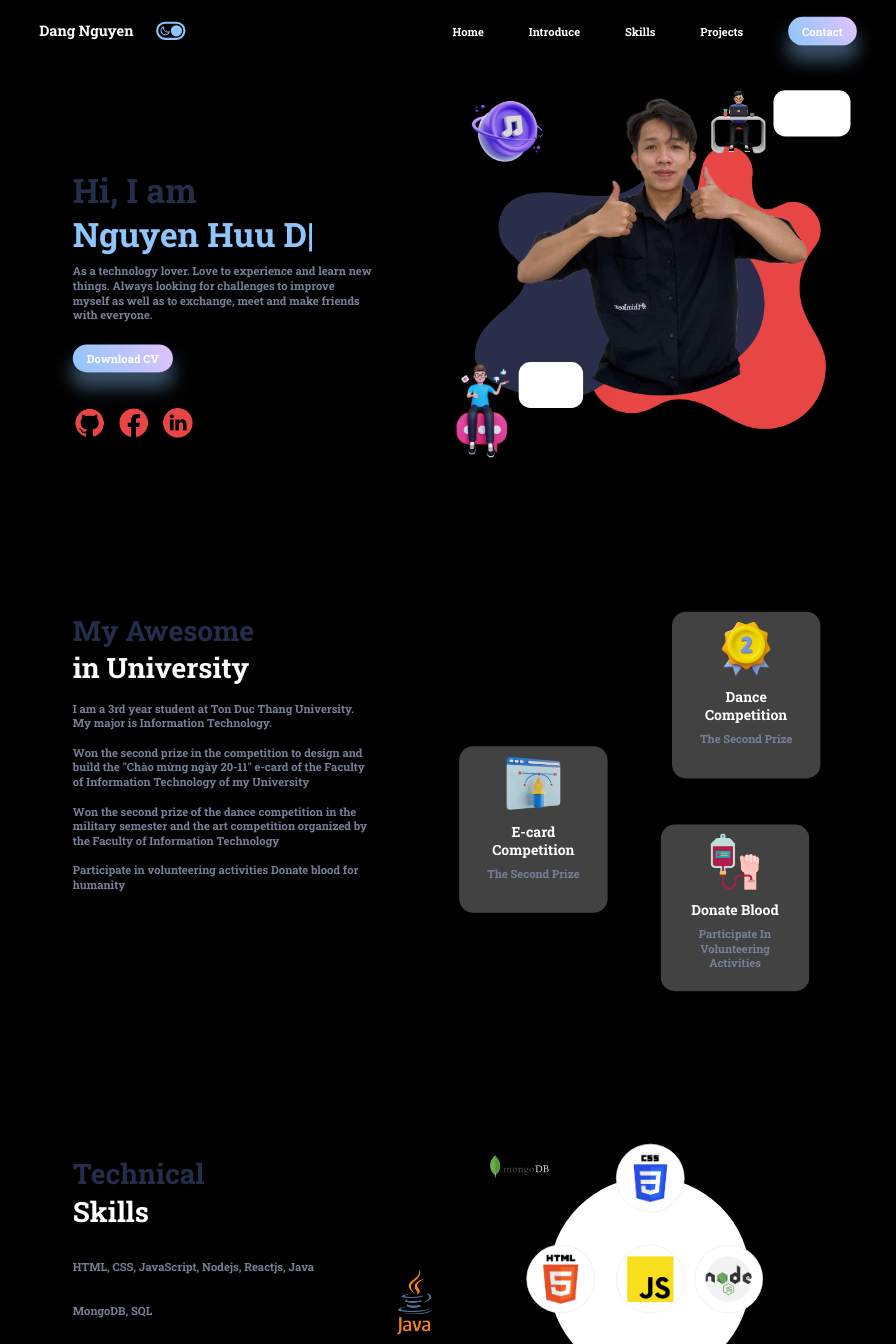
Repository: huudang2840/my_portfolio
Page: /
The author's editor kept a copy of each file at every save. The page is drawn from the files as they stood at one save, then again after the next save.
The browser window is 1280 px wide. The pictures show the part of the page from y = 0 to 1920 px (the page is 4778 px tall), at 70% of full size.
The project was rebuilt for these pictures with package versions that can differ from the ones it lists, and the page was loaded fresh each time.

Above is the page before, as saved 2022-06-12 00:11:46.

### public/index.html
<!DOCTYPE html>
<html lang="en">
  <head>
    <meta charset="utf-8" />
    <meta name="viewport" content="width=device-width, initial-scale=1" />
    <meta name="theme-color" content="#000000" />
    <meta name="description" content="Web site created using create-react-app" />
    <link rel="preconnect" href="https://fonts.googleapis.com" />
    <link rel="preconnect" href="https://fonts.gstatic.com" crossorigin />
    <link
      href="https://fonts.googleapis.com/css2?family=Roboto+Slab:wght@700&display=swap"
      rel="stylesheet"
    />
    <style>
      * {
        font-family: "Roboto Slab", serif;
        font-weight: normal;
        font-style: 20px;
      }
      body {
        margin: 0;
      }
    </style>
    <!--
      manifest.json provides metadata used when your web app is installed on a
      user's mobile device or desktop. See https://developers.google.com/web/fundamentals/web-app-manifest/
    -->
    <!--
      Notice the use of %PUBLIC_URL% in the tags above.
      It will be replaced with the URL of the `public` folder during the build.
      Only files inside the `public` folder can be referenced from the HTML.

      Unlike "/favicon.ico" or "favicon.ico", "%PUBLIC_URL%/favicon.ico" will
      work correctly both with client-side routing and a non-root public URL.
      Learn how to configure a non-root public URL by running `npm run build`.
    -->
    <title>React App</title>
  </head>
  <body>
    <noscript>You need to enable JavaScript to run this app.</noscript>
    <div id="root"></div>
    <!--
      This HTML file is a template.
      If you open it directly in the browser, you will see an empty page.

      You can add webfonts, meta tags, or analytics to this file.
      The build step will place the bundled scripts into the <body> tag.

      To begin the development, run `npm start` or `yarn start`.
      To create a production bundle, use `npm run build` or `yarn build`.
    -->
  </body>
</html>

### src/App.js
import Navbar from "./Components/Navbar/Navbar";
import "./App.css";
import Intro from "./Components/Intro/Intro";
import Introduce from "./Components/Introduce/Introduce";
import Skill from "./Components/Skills/Skill";
import Project from "./Components/Project/Project";
import Comment from "./Components/Comment/Comment";
import Contact from "./Components/Contact/Contact";
import Footer from "./Components/Footer/Footer";
import { themeContext } from "./Context";
import { useContext } from "react";

function App() {
  const theme = useContext(themeContext);
  const darkMode = theme.state.darkMode;
  console.log(darkMode);
  return (
    <div
      className="App"
      style={{ background: "black", color: "white" }}

      // style={{ background: darkMode ? "black" : "", color: darkMode ? "white" : "" }}
    >
      <Navbar />
      <Intro />
      <Introduce />
      <Skill />
      <Project />
      <Comment />
      <Contact />
      <Footer />
    </div>
  );
}

export default App;

### src/Components/Navbar/Navbar.jsx
import React from "react";
import "./Navbar.css";
import Toggle from "../Toggle/Toggle";
import { Link } from "react-scroll";

const Navbar = () => {
  return (
    <div className="n-wrapper">
      <div className="n-left">
        <div className="n-name">Dang Nguyen</div>
        <Toggle />
      </div>
      <div className="n-right">
        <div className="n-list">
          <ul style={{ listStyle: "none" }}>
            <Link spy={true} to="Navbar" smooth={true} activeClass="activeClass">
              <li className="n-item">Home</li>
            </Link>
            <Link spy={true} to="Introduce" smooth={true}>
              <li className="n-item">Introduce</li>
            </Link>
            <Link spy={true} to="Skills" smooth={true}>
              <li className="n-item">Skills</li>
            </Link>
            <Link spy={true} to="Project" smooth={true}>
              <li className="n-item">Projects</li>
            </Link>
          </ul>
        </div>
        <Link spy={true} to="Contact" smooth={true}>
          <button className="button n-button">Contact</button>
        </Link>
      </div>
    </div>
  );
};

export default Navbar;

### src/App.css
:root {
  --yellow: #f5c32c;
  --orange: #fca61f;
  --black: #242d49;
  --gray: #788097;
  --blue: #8ec5fc;
  --blueCard2: #6eb2f7;
  --blueCard: #ddf8fe;
  --purple: rgb(238 210 255);
  --boxShadow: 0px 19px 60px rgb(0 0 0 / 8%);
  --orangeCard: rgba(252, 166, 31, 0.45);
  --smboxShadow: -79px 51px 60px rgba(0, 0, 0, 0.08);
}

.App {
  padding: 0.5rem 3.5rem;
  overflow: hidden;
  color: var(--black);
}

.button {
  border-radius: 34px;
  border: none;
  color: white;
  font-size: 16px;
  padding: 10px 20px;
  background: linear-gradient(62deg, #8ec5fc 0%, #e0c3fc 100%);
  box-shadow: 0px 20px 24px 3px #8ec5fc65;
}

.button:hover {
  background: white;
  cursor: pointer;
  color: var(--blue);
  border: 1px solid var(--blue);
}

### src/Components/Contact/Contact.jsx
import React, { useRef, useState } from "react";
import "./Contact.css";
import "../Introduce/Introduce";
import emailjs from "@emailjs/browser";
import { themeContext } from "../../Context";
import { useContext } from "react";

const Contact = () => {
  const form = useRef();
  const [done, setDone] = useState(false);

  const theme = useContext(themeContext);
  const darkMode = theme.state.darkMode;

  const sendEmail = (e) => {
    e.preventDefault();

    emailjs.sendForm("service_mpucvz5", "template_bf8vzpv", form.current, "5KF476gcvLuOiv28W").then(
      (result) => {
        console.log(result.text);
        setDone(true);
      },
      (error) => {
        console.log(error.text);
      }
    );
  };

  return (
    <div className="contact" id="Contact">
      {/* Left */}
      <div className="c-left">
        <span style={{ color: darkMode ? "white" : "" }}>Get in touch</span>
        <span>Contact me</span>
        <div className="blur c-blur1" style={{ background: "#ABF1FF94" }}></div>
      </div>
      {/* Right */}

      <div className="c-right">
        <form ref={form} onSubmit={sendEmail}>
          <input className="user" type="text" name="user_name" placeholder="Name" />
          <input className="user" type="email" name="user_email" placeholder="Email" />
          <textarea className="user" type="text" name="message" placeholder="Message" />
          <input type="submit" value="Send" className="button" />
          <span className="c-thanks">{done && "Thank you, I got your email! <3"}</span>
          <div className="blur c-blur1" style={{ background: "var(--purple)" }}></div>
        </form>
      </div>
    </div>
  );
};

export default Contact;

### src/Components/Footer/Footer.jsx
import React from "react";
import "./Footer.css";

import Facebook from "@iconscout/react-unicons/icons/uil-facebook";
import Github from "@iconscout/react-unicons/icons/uil-github";
import Email from "@iconscout/react-unicons/icons/uil-envelope";
import LinkedIn from "@iconscout/react-unicons/icons/uil-linkedin";

const Footer = () => {
  return (
    <div className="footer">
      <div className="f-content">
        <span>dangnguyen2842@gmail.com</span>
        <div className="f-icons">
          <a
            target="_blank"
            rel="noreferrer"
            href="mailto:dangnguyen2842@gamil.com?"
            style={{ color: "white" }}
          >
            <Email size="3rem"></Email>
          </a>
          <a
            target="_blank"
            rel="noreferrer"
            href="https://www.facebook.com/dangdang.28/"
            style={{ color: "white" }}
          >
            <Facebook size="3rem"></Facebook>
          </a>
          <a
            target="_blank"
            rel="noreferrer"
            href="https://github.com/huudang2840"
            style={{ color: "white" }}
          >
            <Github size="3rem"></Github>
          </a>

          <a
            target="_blank"
            rel="noreferrer"
            href="https://www.linkedin.com/in/đăng-nguyễn-7a4b04240/"
            style={{ color: "white" }}
          >
            <LinkedIn size="3rem"></LinkedIn>
          </a>
        </div>
      </div>
    </div>
  );
};

export default Footer;

### src/Components/Navbar/Navbar.css
.n-wrapper {
  height: 10vh;
  display: flex;
  justify-content: space-between;
}

.n-left {
  flex: 1;
  align-items: center;
  display: flex;
  gap: 2rem;
}

.n-name {
  font-size: 1.3rem;
  font-weight: bold;
}

.n-right {
  display: flex;
  flex: 1;
  align-items: center;
  justify-content: center;
}

.n-list {
  flex: 10;
}

.n-list > ul {
  display: flex;
  gap: 4rem;
  margin-right: 4rem;
  cursor: pointer;
}

.n-item:hover {
  cursor: pointer;
  color: var(--redPrimary);
}

.n-button {
  flex: 2;
}

@media screen and (max-width: 480px) {
  .n-list {
    display: none;
  }
  .n-button {
    display: none;
  }
}

### src/Components/Toggle/Toggle.jsx
import React from "react";
import "./Toggle.css";
import Sun from "@iconscout/react-unicons/icons/uil-sun";
import Moon from "@iconscout/react-unicons/icons/uil-moon";
import { themeContext } from "../../Context";
import { useContext } from "react";

const Toggle = () => {
  const theme = useContext(themeContext);
  const darkMode = theme.state.darkMode;
  const handleClick = () => {
    theme.dispatch({ type: "toggle" });
  };
  return (
    <div className="toggle" onClick={handleClick}>
      <Moon />
      <Sun />
      <div className="t-button" style={darkMode ? { left: "2px" } : { right: "2px" }}></div>
    </div>
  );
};

export default Toggle;

### src/Components/FloatingDiv/FloatingDiv.jsx
import React from "react";
import "./Floating.css";
import { themeContext } from "../../Context";
import { useContext } from "react";

const FloatingDiv = ({ image, txt1 }) => {
  const theme = useContext(themeContext);
  const darkMode = theme.state.darkMode;
  return (
    <div className="f-wrapper">
      <img className="f-img" src={image} alt="" />
      <div className="floatingdiv">
        <span style={{ color: darkMode ? "black" : "" }}>{txt1}</span>
      </div>
    </div>
  );
};

export default FloatingDiv;

### src/Components/Introduce/Introduce.css
.introduce {
  display: flex;
  padding: 0 3rem 0 3rem;
  height: 90vh;
  margin-bottom: 8rem;
  margin-top: 5rem;
}

.infor {
  display: flex;
  flex: 1;
  flex-direction: column;
  position: relative;
}

.infor > :nth-child(1) {
  color: var(--black);
  font-size: 2.5rem;
  font-weight: bold;
}

.infor > :nth-child(2) {
  color: var(--redPrimary);
  font-size: 2.5rem;
  font-weight: bold;
}

.infor > :nth-child(3) {
  color: var(--gray);
  max-width: 80%;
}

.in-button {
  margin-top: 3rem;
  width: 10rem;
  height: 2.5rem;
}

.cards {
  flex: 1;
  position: relative;
}
.cards > * {
  position: absolute;
}
@media screen and (max-width: 480px) {
  .introduce {
    margin-top: 15rem;
    flex-direction: column;
    padding-bottom: 70vh;
  }
  .infor > :nth-child(3) {
    max-width: 100%;
  }
  .cards {
    display: flex;
    flex-direction: column;
    margin-top: 20px;
    margin-left: 1rem;
    gap: 17rem;
  }
  .cards > * {
    position: static;
  }
}

### src/Components/Card/Card.jsx
import React from "react";
import "./Card.css";

const Card = ({ emoij, heading, detail }) => {
  return (
    <div className="card">
      <img src={emoij} alt="" />
      <span>{heading}</span>
      <span>{detail}</span>
    </div>
  );
};

export default Card;

### src/Components/Skills/Skill.css
.skill {
  padding: 0 3rem 0 3rem;
  display: flex;
  height: 90vh;
  margin-top: 4rem;
}

.sk-right {
  flex: 1;
  position: relative;
}
.sk-right > img {
  position: absolute;
  max-width: 6rem;
}

.sk-mainCircle {
  left: 9rem;
  position: relative;
  width: 18rem;
  height: 18rem;
  border-radius: 100%;
  box-shadow: var(--smboxShadow);
  top: 2rem;
  background: white;
  z-index: 3;
}
.sk-mainCircle > * {
  position: absolute;
}

.sk-mainCircle > :nth-child(1) {
  top: -3rem;
  left: 6rem;
}

.sk-mainCircle > :nth-child(2) {
  top: 6rem;
  left: -2rem;
}
.sk-mainCircle > :nth-child(3) {
  top: 6rem;
  left: 6rem;
}
.sk-mainCircle > :nth-child(4) {
  top: 15rem;
  left: 5rem;
}

.sk-mainCircle > :nth-child(5) {
  top: 6rem;
  left: 13rem;
}

.sk-secCircle img {
  max-width: 4.7rem;
}
.sk-secCircle {
  width: 6rem;
  height: 6rem;
  position: absolute;
  border-radius: 100%;
  border: 1px solid #ebebeb;
  display: flex;
  align-items: center;
  justify-content: center;
  background: white;
  z-index: 3;
}

.sk-backCircle {
  position: absolute;
  height: 13rem;
  width: 13rem;
  z-index: 2;
  border-radius: 100%;
}
.blueCircle {
  background: var(--bluePrimary);
  left: 18rem;
  top: 0rem;
  z-index: 1;
}

.redCircle {
  background: var(--redPrimary);
  left: 18rem;
  z-index: 1;
  top: 8rem;
}
@media screen and (max-width: 480px) {
  .skill {
    flex-direction: column;
  }
  .sk-right {
    transform: scale(0.75);
  }
  .sk-mainCircle {
    left: 5rem;
  }
  .blueCircle {
    left: 14rem;
  }
  .redCircle {
    left: 14rem;
  }
}

### src/Components/Project/Project.css
.project {
  display: flex;
  align-items: center;
  justify-content: center;
  flex-direction: column;
  height: 70vh;
  padding-bottom: 10rem;
}

.project span:nth-child(1) {
  color: var(--black);
  font-size: 2.5rem;
  font-weight: bold;
}

.project .swiper {
  overflow: hidden !important;
}

.project-slider {
  margin-top: 3rem;
  width: 100%;
}

.project-slider .swiper-slide {
  width: 25rem;
}

.project img {
  width: 25rem;
  filter: drop-shadow(-12px 15px 13px rgba(0, 0, 0, 0.25));
  border-radius: 25px;
}

### src/Components/ProjectCard/ProjectCard.jsx
import React from "react";
import "./ProjectCard.css";

const ProjectCard = ({ link, img, darkMode, title }) => {
  return (
    <div className="p-wrapper">
      <a href={link} target="_blank" rel="noreferrer">
        <img src={img} alt="" style={{ height: "225px" }} />
      </a>
      <span style={{ color: darkMode ? "white" : "" }}>{title}</span>
    </div>
  );
};

export default ProjectCard;

### src/Components/Comment/Comment.css
.c-wapper {
  padding: 0 3rem 0 3rem;
  height: 100vh;
  display: flex;
  align-items: center;
  justify-content: center;
  margin-top: 7rem;
  flex-direction: column;
  gap: 2rem;
  position: relative;
}
.c-heading {
  align-self: start;
}
.c-heading > * {
  font-size: 2rem;
  font-weight: bold;
}
.c-heading span:nth-of-type(2) {
  color: var(--blue);
}

.c-blur1 {
  left: 55rem;
  top: 20rem;
}
.c-blur2 {
  top: 10rem;
  left: 0;
}
.comment {
  display: flex;
  flex-direction: column;
  align-items: center;
  justify-content: space-evenly;
  padding: 2rem;
  width: 40rem;
  height: 20rem;
  background: rgba(255, 255, 255, 0.26);
  border: 7px solid var(--blueCard);
  box-shadow: var(--boxShadow);
  border-radius: 20px;
}
.comment > img {
  width: 6rem;
  height: 6rem;
  border-radius: 100%;
}
.comment > span {
  color: var(--gray);
}

.c-wapper .swiper-container {
  width: 100%;
  height: 70%;
}

.c-wapper .swiper-slide {
  display: flex;
  align-items: center;
  justify-content: center;
}

.c-wapper .swiper-pagination-bullet-active {
  background: var(--blue);
}

### src/Components/Contact/Contact.css
.contact {
  padding: 0 3rem;
  display: flex;
  height: 80vh;
  margin-top: 5rem;
}

.c-left {
  display: flex;
  flex-direction: column;
  position: relative;
}

.c-left span:nth-child(1) {
  color: var(--black);
  font-size: 3rem;
  font-weight: bold;
}

.c-left span:nth-child(2) {
  color: var(--blue);
  font-size: 3rem;
  font-weight: bold;
}

.c-right {
  display: flex;
  justify-content: center;
  position: relative;
  flex: 1;
}

.c-right > form {
  display: flex;
  flex-direction: column;
  gap: 2rem;
  align-items: center;
}

.c-right .user {
  width: 20rem;
  height: 2rem;
  padding: 0.3rem;
  outline: none;
  border: 2px solid var(--blue);
  border-radius: 8px;
  font-size: 16px;
}

textarea {
  height: 4rem !important;
}

.c-blur1 {
  top: 5rem;
  left: 8rem;
}

.c-thanks {
  color: var(--redPrimary) !important;
  font-size: 20px;
}

@media screen and (max-width: 480px) {
  .contact {
    flex-direction: column;
    gap: 2rem;
  }
  .c-left > span:nth-child(1) {
    font-size: 40px;
  }
}

### src/Components/Footer/Footer.css
.footer {
  display: flex;
  height: 30vh;
  background: var(--bluePrimary);
  align-items: center;
  margin: -0.5rem -3.5rem;
  position: relative;
  margin-top: 7rem;
}

.f-content {
  position: absolute;
  display: flex;
  align-items: center;
  justify-content: center;
  flex-direction: column;
  width: 100%;
  gap: 2rem;
  color: white;
}

.f-icons {
  display: flex;
  width: 15rem;
  justify-content: space-around;
}
@media screen and (max-width: 480px) {
  .footer {
    height: 20vh;
  }
}

### src/Components/Toggle/Toggle.css
.toggle {
  display: flex;
  justify-content: space-between;
  border: 3px solid var(--blue);
  border-radius: 1rem;
  position: relative;
  padding: 2px;
  cursor: pointer;
}

.toggle > * {
  width: 1rem;
  height: 1rem;
  color: var(--blue);
}

.t-button {
  border-radius: 100%;
  background-color: var(--blue);
  position: absolute;
}

### src/Components/FloatingDiv/Floating.css
.f-wrapper {
  display: flex;
}
.floatingdiv {
  display: flex;
  height: 4rem;
  width: 100%;
  background: white;
  box-shadow: var(--boxShadow);
  border-radius: 17px;
  align-items: center;
  padding: 1px 16px;
  margin-left: 10px;
}

.f-img {
  max-width: 5rem;
}

.floatingdiv > span {
  font-family: sans-serif;
  font-size: 17px;
}

### src/Components/Card/Card.css
.card {
  width: 10rem;
  height: 13rem;
  position: absolute;
  display: flex;
  flex-direction: column;
  align-items: center;
  text-align: center;
  background: rgba(255, 255, 255, 0.26);
  border: 7px solid var(--redCard);
  border-radius: 20px;
  box-shadow: var(--boxShadow);
  padding: 0px 26px 30px 26px;
  gap: 0.2rem;
}
.card span:nth-of-type(1) {
  margin-top: 0.2rem;
  font-size: 20px;
}

.card span:nth-of-type(2) {
  margin-top: 0.5rem;
  color: var(--gray);
  font-size: 16px;
}
.card img {
  max-width: 6rem;
  margin-top: 0.3rem;
}

### src/Components/ProjectCard/ProjectCard.css
.p-wrapper {
  display: flex;
  flex-direction: column;
  align-items: center;
}

.p-wrapper span {
  margin-top: 20px;
  color: var(--bluePrimary);
  font-size: 20px;
}

Loaded but not shown: src/Context.js (21 lines, source omitted); src/index.js (15 lines, source omitted); src/Components/Intro/Intro.jsx (106 lines, source omitted); src/Components/Comment/Comment.jsx (65 lines, source omitted); src/Components/Skills/Skill.jsx (101 lines, source omitted); src/Components/Introduce/Introduce.jsx (86 lines, source omitted); src/Components/Intro/Intro.css (133 lines, source omitted); src/Components/Project/Project.jsx (66 lines, source omitted)

After the next save:
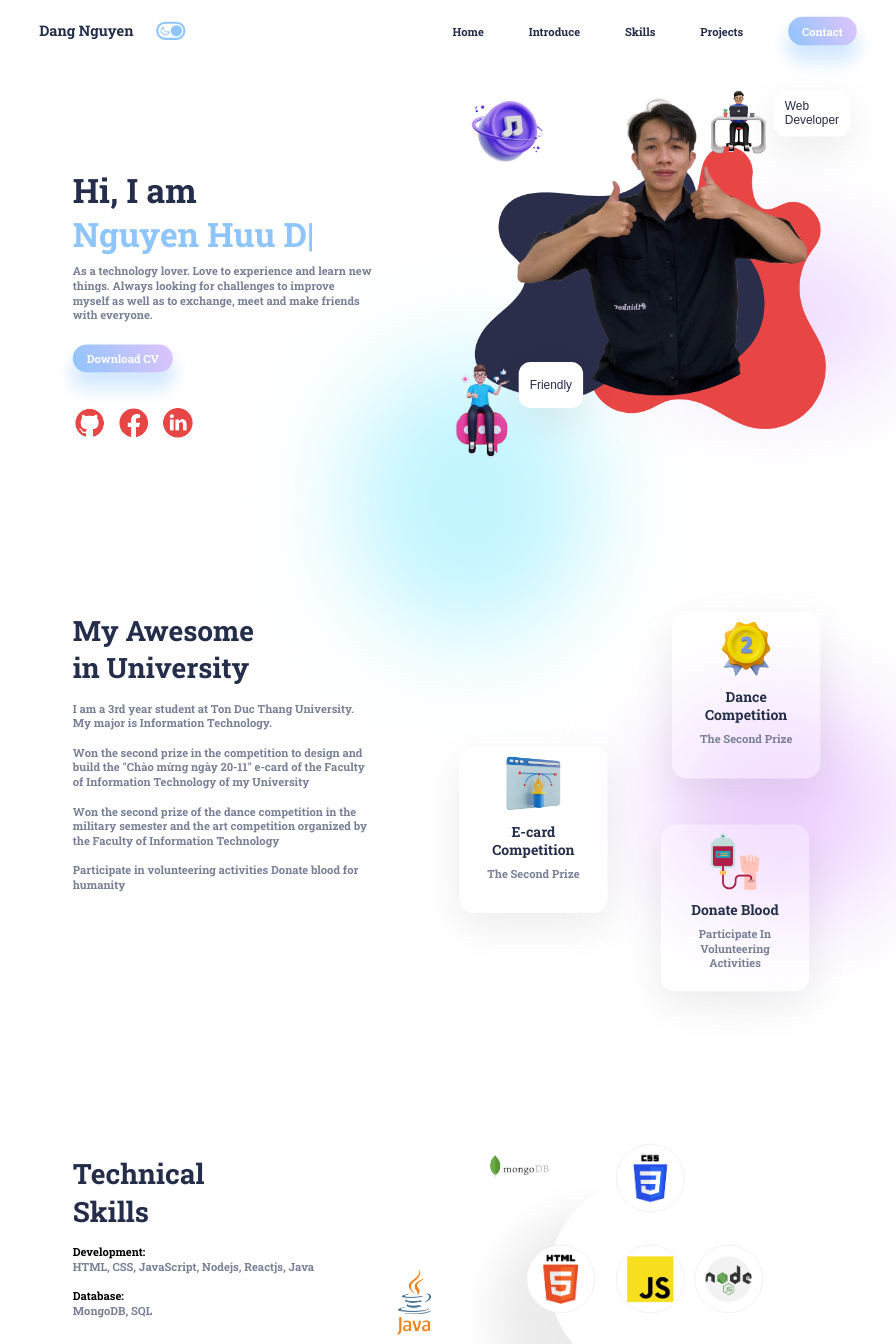
Saved 15 s later.
--- a/src/App.js
+++ b/src/App.js
@@ -17,9 +17,7 @@
   return (
     <div
       className="App"
-      style={{ background: "black", color: "white" }}
-
-      // style={{ background: darkMode ? "black" : "", color: darkMode ? "white" : "" }}
+      style={{ background: darkMode ? "black" : "", color: darkMode ? "white" : "" }}
     >
       <Navbar />
       <Intro />

After the save that followed:
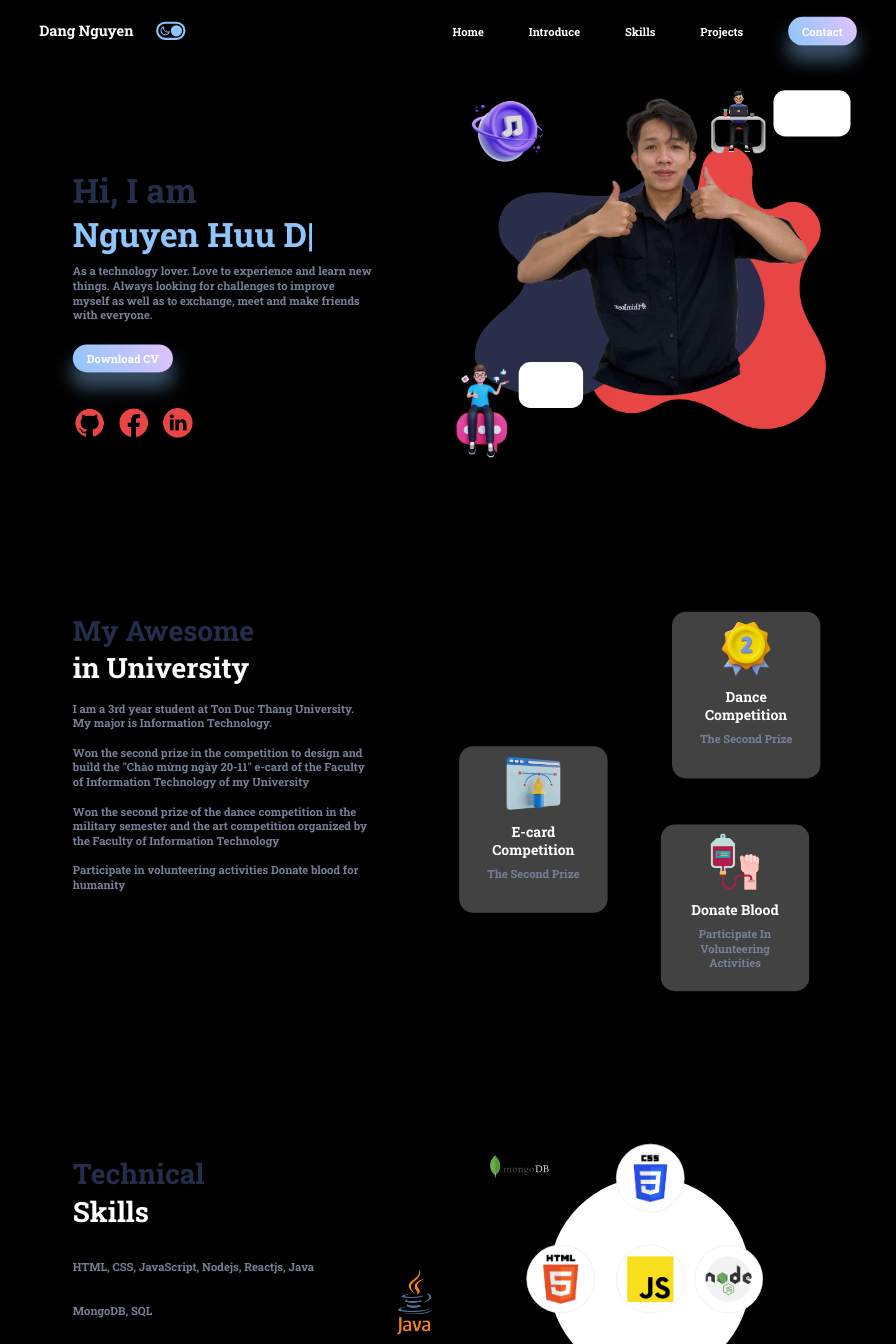
Saved 61 s later.
--- a/src/App.js
+++ b/src/App.js
@@ -17,7 +17,7 @@
   return (
     <div
       className="App"
-      style={{ background: darkMode ? "black" : "", color: darkMode ? "white" : "" }}
+      style={{ background: darkMode ? "" : "black", color: darkMode ? "" : "white" }}
     >
       <Navbar />
       <Intro />
